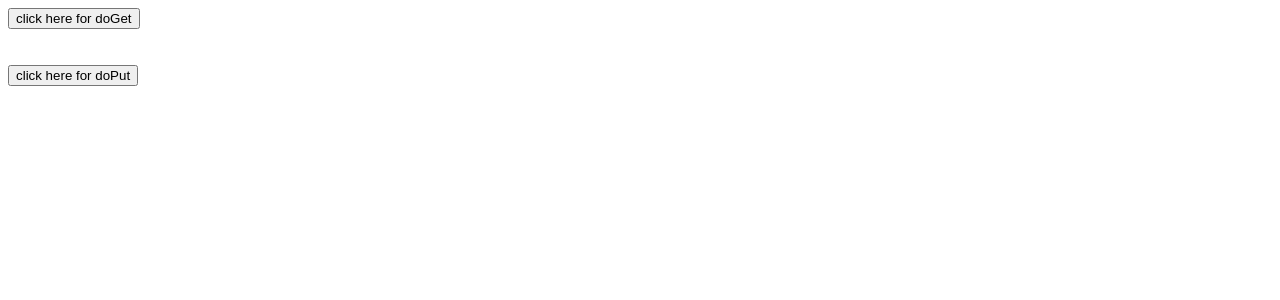
Repository: yrosario/ServeletPractiseEclipse
Page: MyFirstWebApp/WebContent/index.html
The author's editor kept a copy of each file at every save. The page is drawn from the files as they stood at one save, then again after the next save.
The browser window is 1280 px wide. The pictures show the whole page.

Above is the page before, as saved 2021-04-30 04:26:21.

### MyFirstWebApp/WebContent/index.html
<!DOCTYPE html>
<html>
<head>
<meta charset="UTF-8">
<title>Insert title here</title>
</head>
<body>
	<form action="MyServlet" method="get">
		<input type="submit" value="click here for doGet">
	</form>

	<br>
	<br>

	<form action="MyServlet" method="post">
		<input type="submit" value="click here for doPut">
	</form>

</body>
</html>

After the next save:
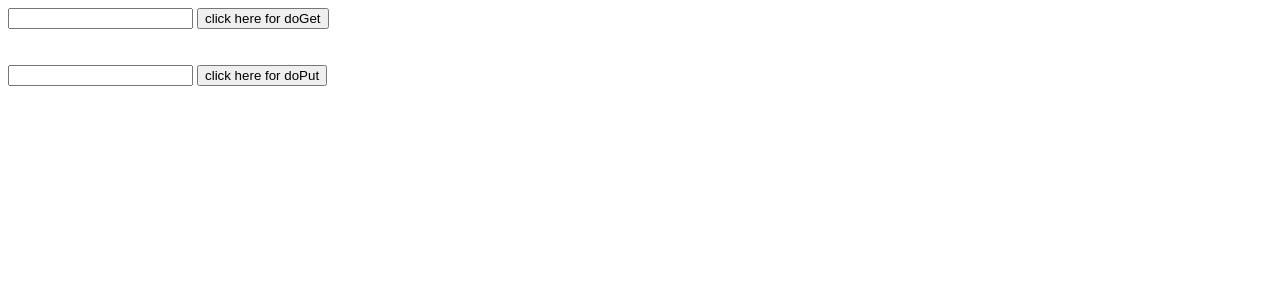
Saved 2 min 3 s later.
--- a/MyFirstWebApp/WebContent/index.html
+++ b/MyFirstWebApp/WebContent/index.html
@@ -6,6 +6,7 @@
 </head>
 <body>
 	<form action="MyServlet" method="get">
+		<input type="text" name="fname">
 		<input type="submit" value="click here for doGet">
 	</form>
 
@@ -13,6 +14,7 @@
 	<br>
 
 	<form action="MyServlet" method="post">
+		<input type="text" name="fname">
 		<input type="submit" value="click here for doPut">
 	</form>
 
